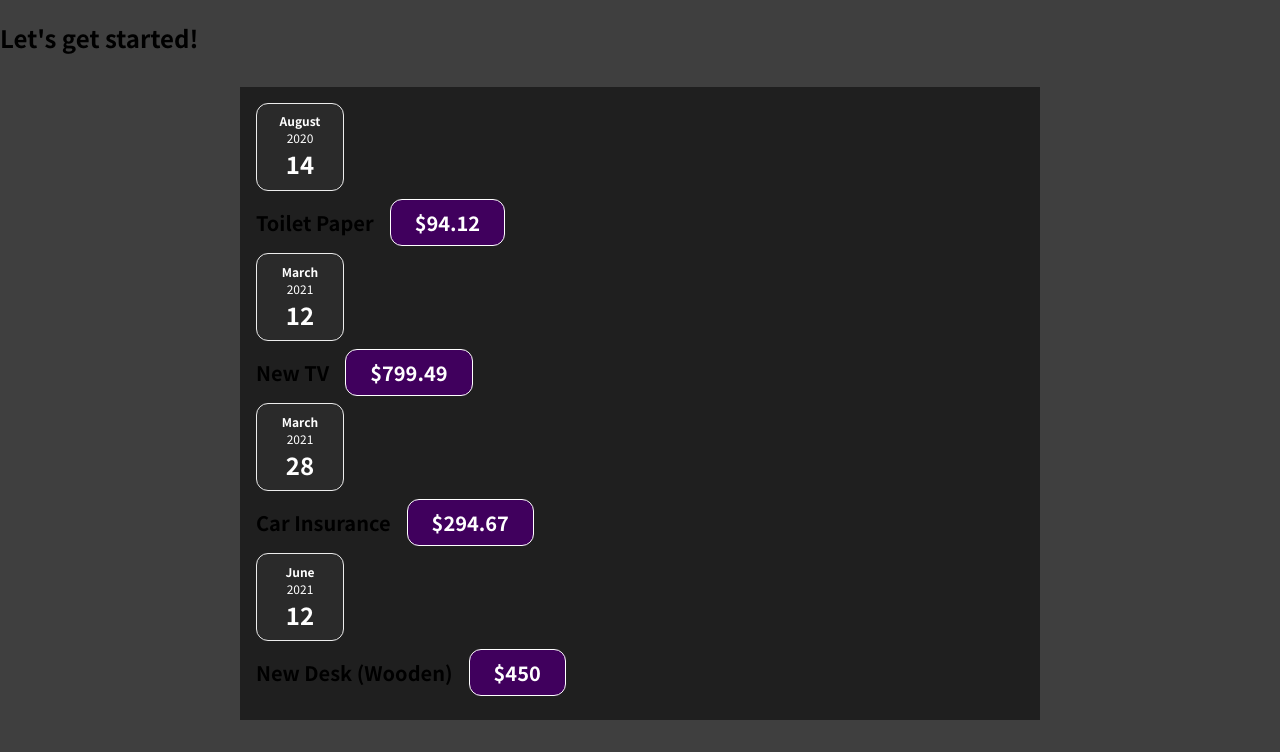
Repository: Dark-Developer93/react-complete-guide
Page: /
An editor plug-in stored every save of this project. The page is shown before and after a run of saves, followed by the edit.
The browser window is 1280 px wide. The pictures show the whole page.
The project was rebuilt for these pictures with package versions that can differ from the ones it lists, and the page was loaded fresh each time. Also part of the build but not shown: src/components/Card.css.

Above is the page before, as saved 2022-11-04 17:23:56.

After the next 2 saves:
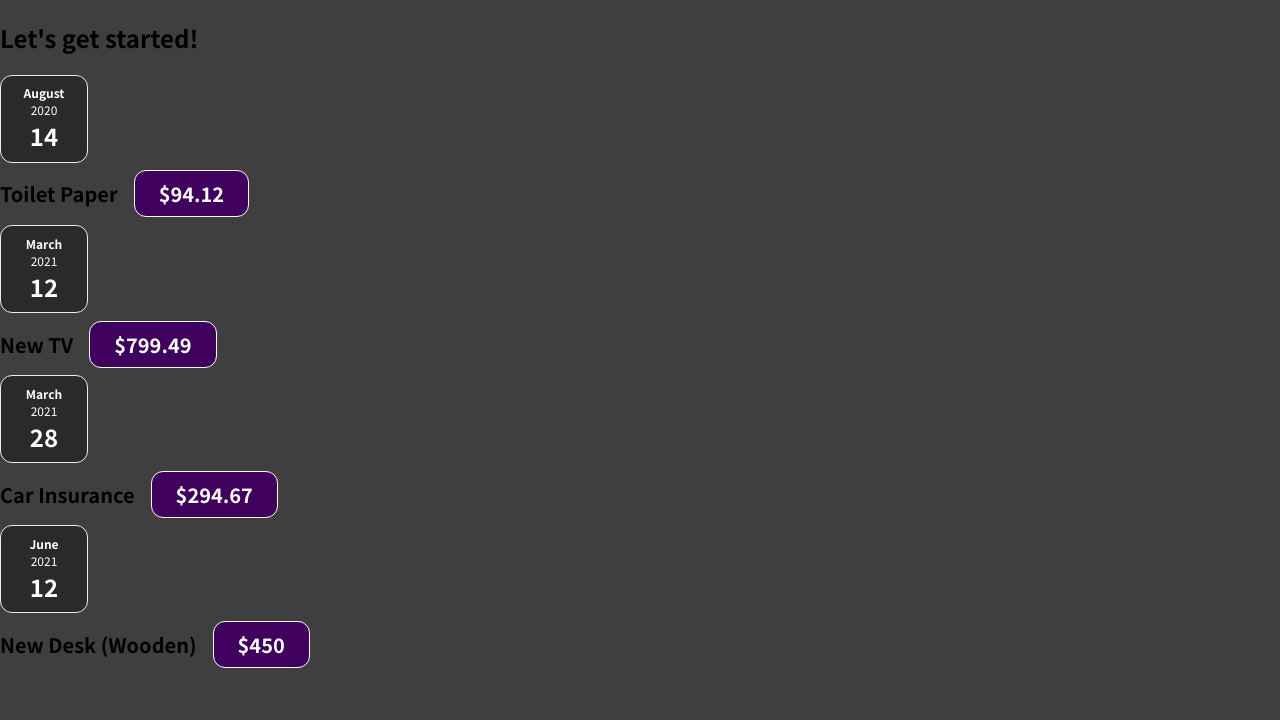
The 2 saves are shown as one change because 1 did not build or start.
The last was saved 21 s later.
--- a/src/components/Expenses.js
+++ b/src/components/Expenses.js
@@ -1,9 +1,10 @@
 import "./Expenses.css";
 import ExpenseItem from "./ExpenseItem";
+import Card from "./Card";
 
 const Expenses = (props) => {
   return (
-    <div className="expenses">
+    <Card className="expenses">
       {props.item.map((expense) => {
         return (
           <ExpenseItem
@@ -14,7 +15,7 @@
           />
         );
       })}
-    </div>
+    </Card>
   );
 };
 

After the save that followed:
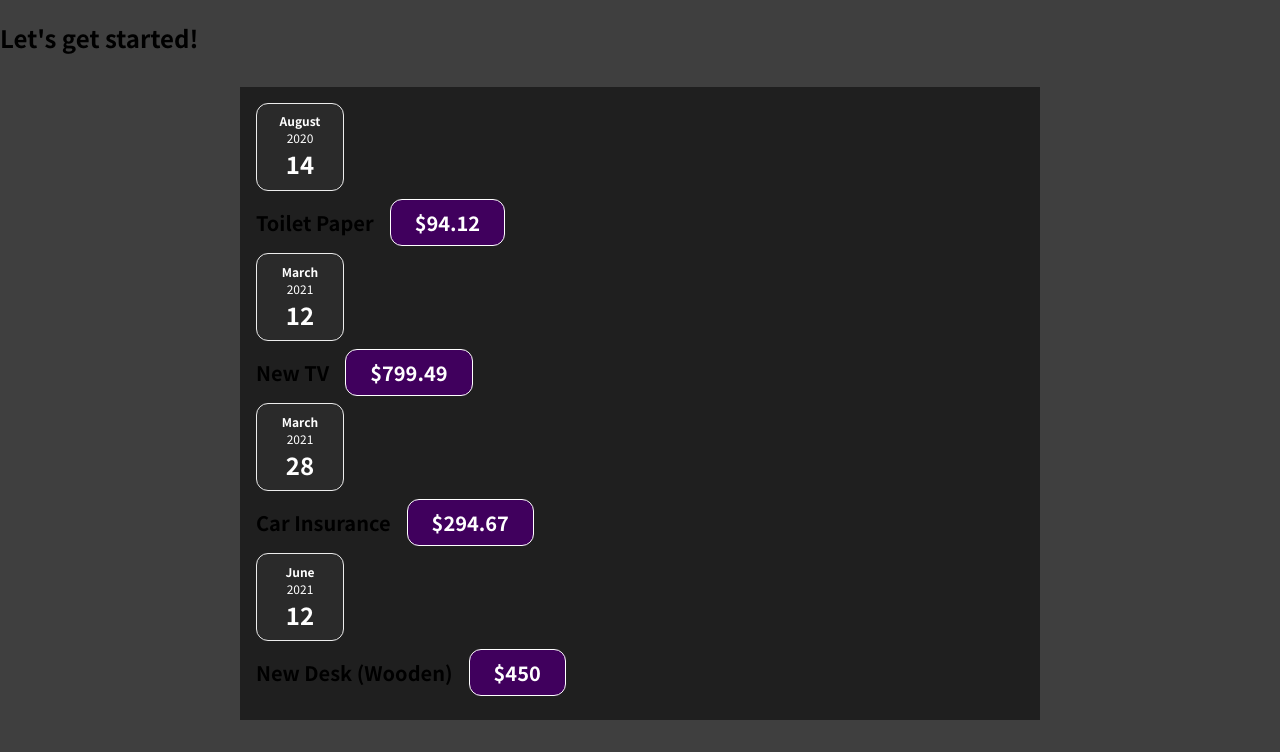
Saved 13 s later.
--- a/src/components/Expenses.js
+++ b/src/components/Expenses.js
@@ -1,10 +1,9 @@
 import "./Expenses.css";
 import ExpenseItem from "./ExpenseItem";
-import Card from "./Card";
 
 const Expenses = (props) => {
   return (
-    <Card className="expenses">
+    <div className="expenses">
       {props.item.map((expense) => {
         return (
           <ExpenseItem
@@ -15,7 +14,7 @@
           />
         );
       })}
-    </Card>
+    </div>
   );
 };
 
